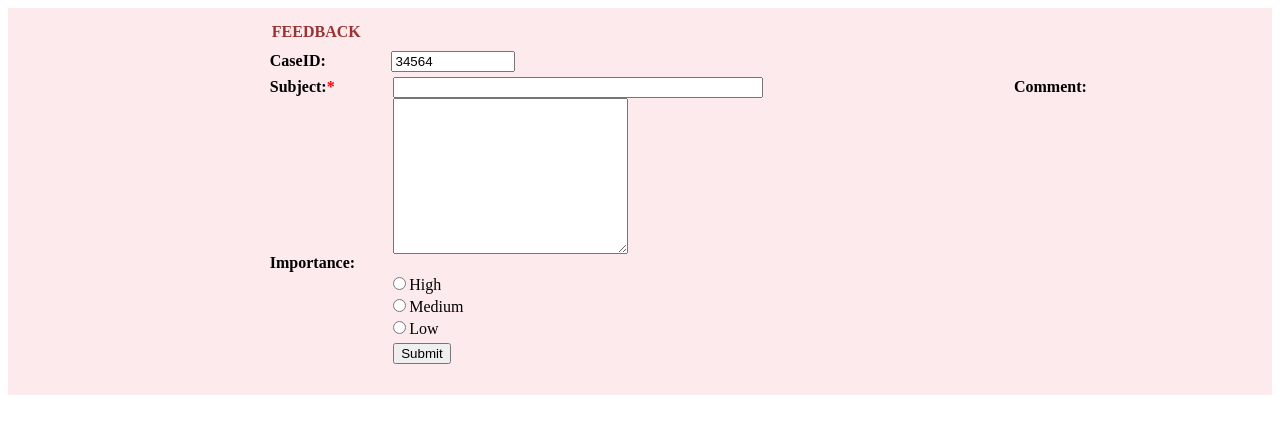
Repository: vRia4/INST728J-Victoria-Nathaniel
Page: Assignments/feedback.html
These files come from the project's save history. The page is drawn as it stood at one moment and after the next save; the edit follows.
The browser window is 1280 px wide. The pictures show the whole page.

Above is the page before, as saved 2023-07-25 11:33:17.

After the next save:
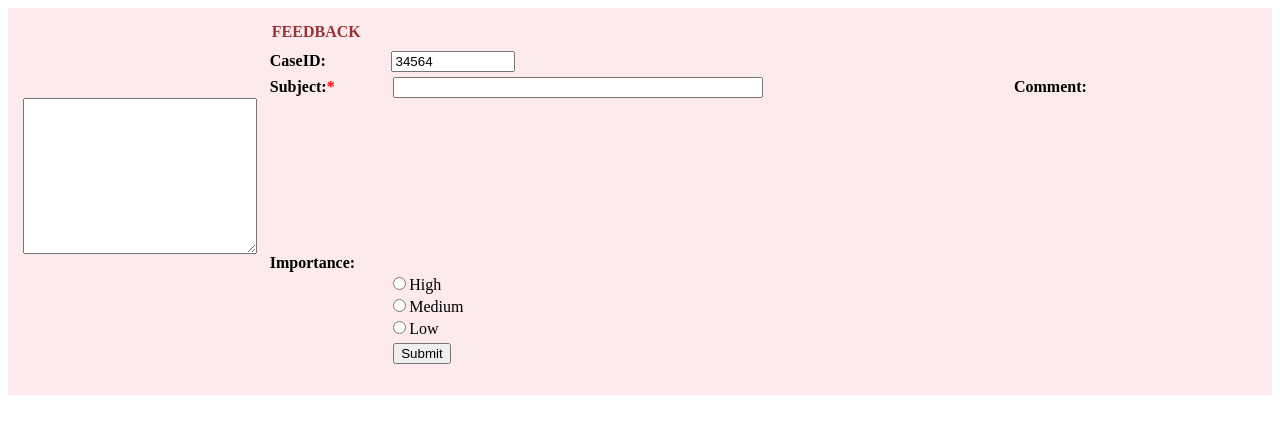
Saved 7 s later.
--- a/Assignments/feedback.html
+++ b/Assignments/feedback.html
@@ -34,7 +34,7 @@
 
         textarea {
             width: 19%;
-            margin-left: 30%;
+            /* margin-left: 30%; */
             /* padding: 0px; */
         }
 

After the save that followed:
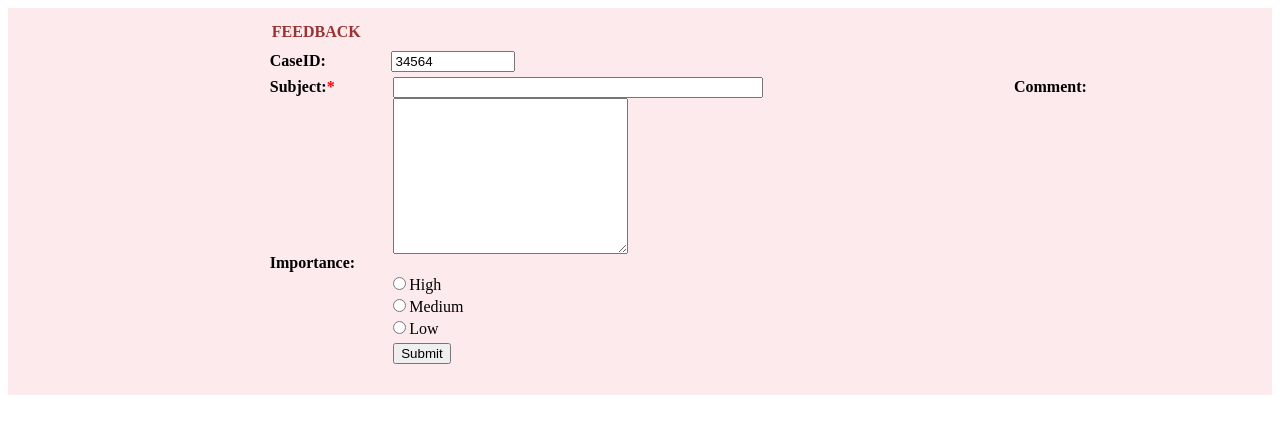
Saved 6 s later.
--- a/Assignments/feedback.html
+++ b/Assignments/feedback.html
@@ -34,7 +34,7 @@
 
         textarea {
             width: 19%;
-            /* margin-left: 30%; */
+            margin-left: 30%;
             /* padding: 0px; */
         }
 
